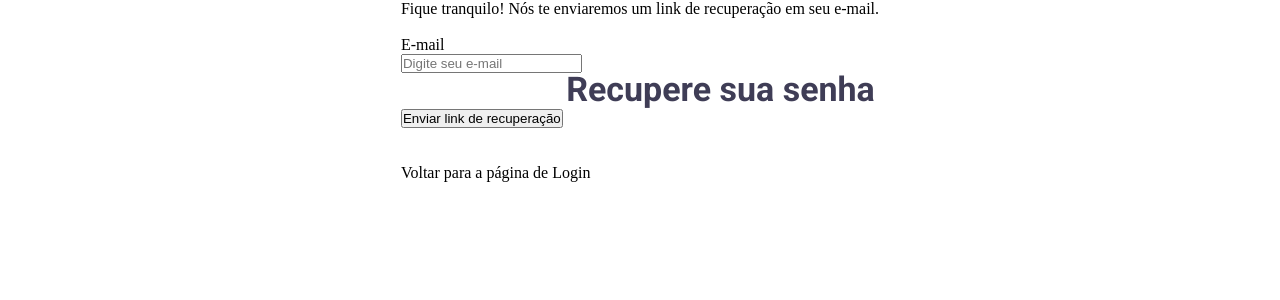
Repository: RenatoCCS/formularios
Page: senha.html
These files come from the project's save history. The page is drawn as it stood at one moment and after the next save; the edit follows.
The browser window is 1280 px wide. The pictures show the whole page.

Above is the page before, as saved 2023-03-27 20:40:30.

After the next save:
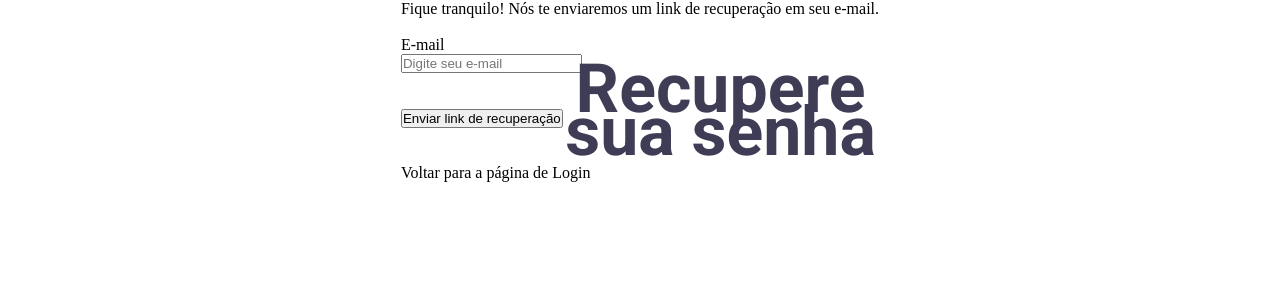
Saved 2 min 8 s later.
--- a/senha.html
+++ b/senha.html
@@ -9,8 +9,8 @@
   </head>
   <body class="container">
     <form action="" class="form__Login">
-      <div>
-        <h1 class="form__Senha__Titulo">Recupere sua senha</h1>
+      <div class="form__Senha__Titulo">
+        <h1>Recupere sua senha</h1>
       </div>
 
       <div>
